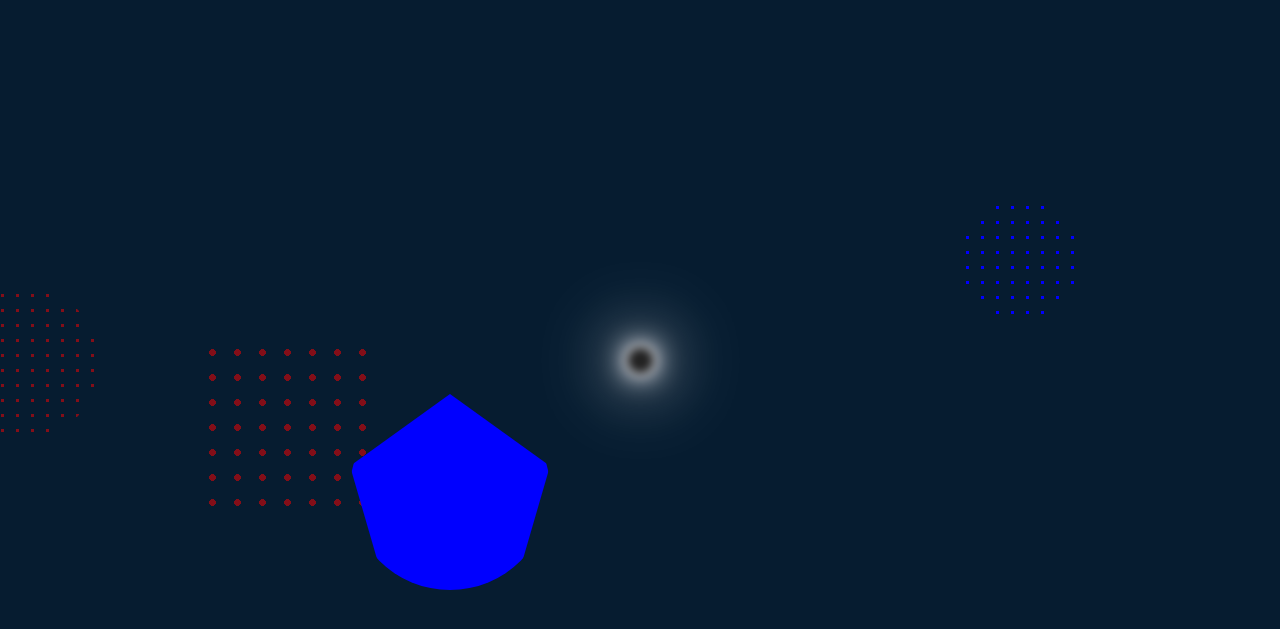
Repository: AdeniranZion/RC-Academy
Page: http://localhost/test/page.php
The author's editor kept a copy of each file at every save. The page is drawn from the files as they stood at one save, then again after the next save.
The browser window is 1280 px wide. The pictures show the whole page.
The page is run by PHP 8.4 with error messages shown; the project is at /var/www/html/.

Above is the page before, as saved 2024-06-24 12:02:11.

After the next save:
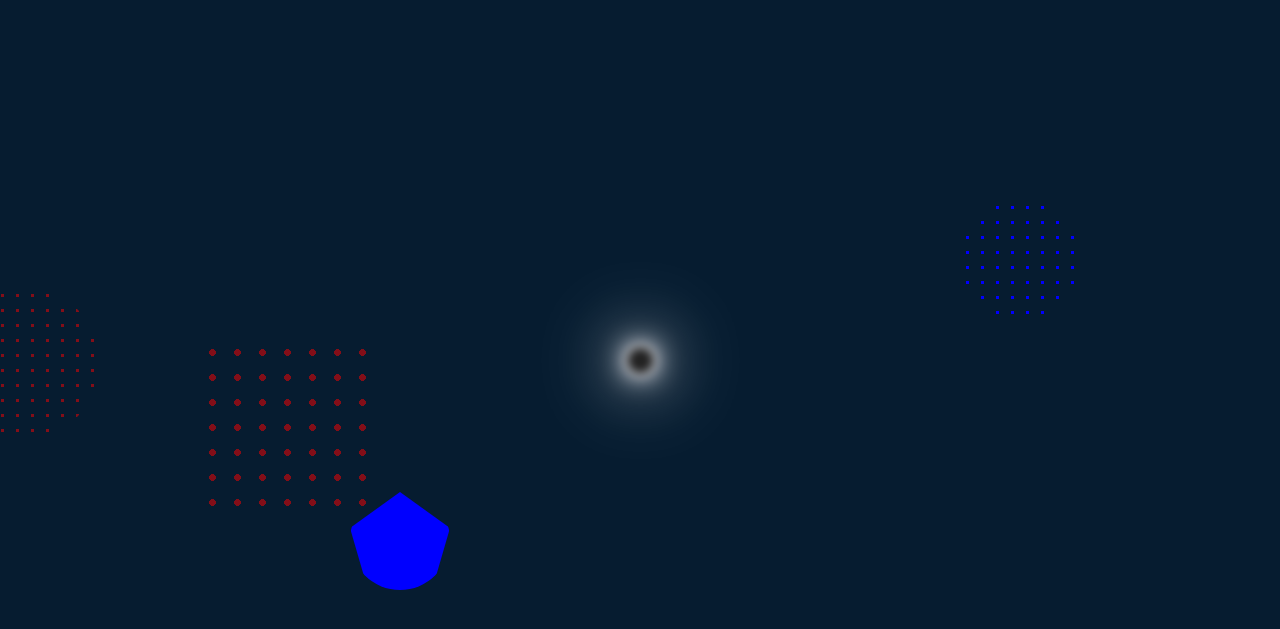
Saved 13 s later.
--- a/test/page.php
+++ b/test/page.php
@@ -27,8 +27,8 @@
       position: fixed;
       left: 350px;
       bottom: 130px;
-      width: 200px; /* Adjust width as needed */
-      height: 200px; /* Adjust height as needed */
+      width: 100px; /* Adjust width as needed */
+      height: 100px; /* Adjust height as needed */
       clip-path: polygon(50% 2%, 100% 38%, 82% 100%, 18% 100%, 0% 38%);
       background-color: blue; /* Adjust background color as needed */
       border-radius: 100px; /* Adjust border radius for smoothness */
